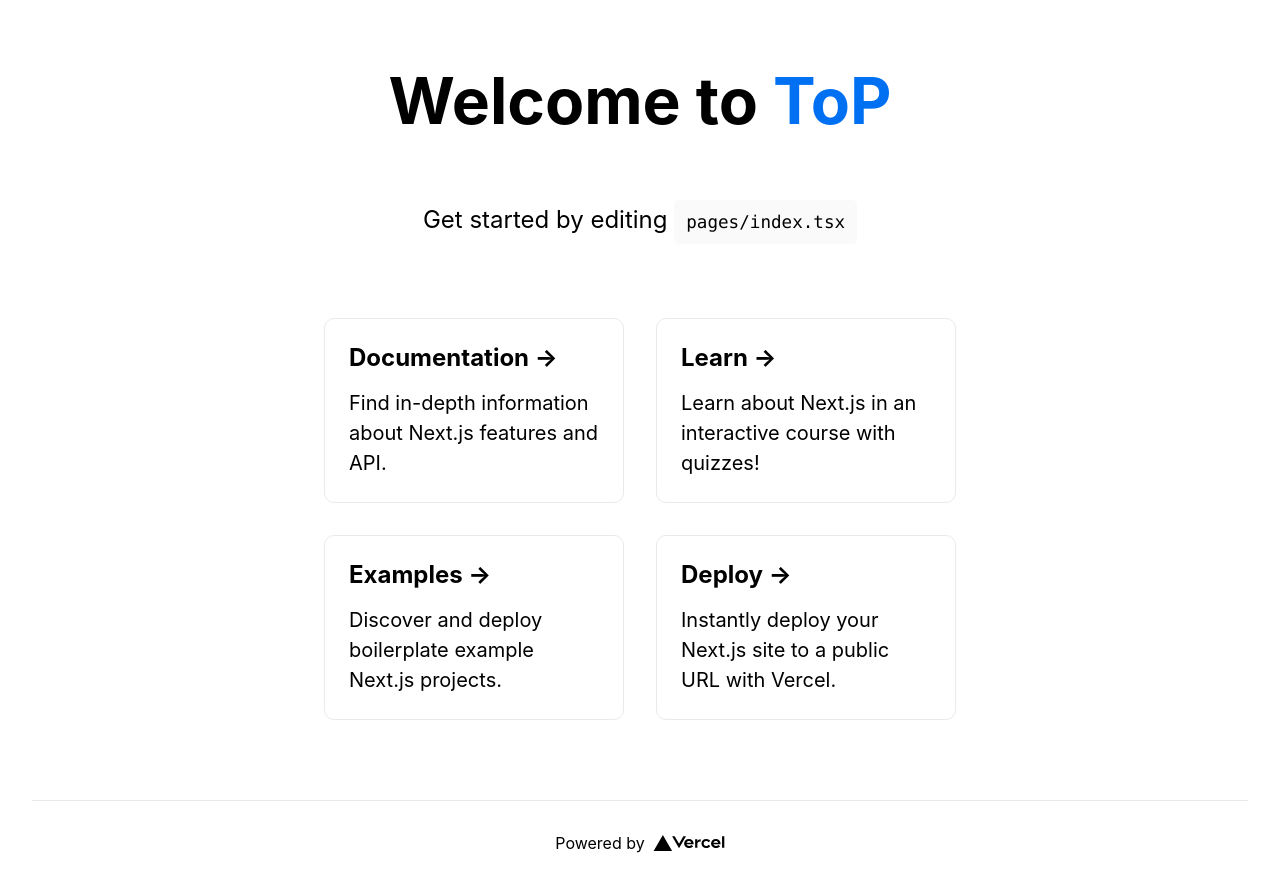
Repository: duncanidaho14/next-first-app
Page: /
The author's editor kept a copy of each file at every save. The page is drawn from the files as they stood at one save, then again after the next save.
The browser window is 1280 px wide. The pictures show the whole page.
The project was rebuilt for these pictures with package versions that can differ from the ones it lists, and the page was loaded fresh each time. The framework's server and built-in components were replaced by stand-ins that run in the browser. Also part of the build but not shown: next.config.js.

Above is the page before, as saved 2022-03-06 11:14:21.

### pages/index.tsx
import type { NextPage } from 'next'
import Head from 'next/head'
import Image from 'next/image'
import styles from '../styles/Home.module.css'

const Home: NextPage = () => {
  return (
    <div className={styles.container}>
      <Head>
        <title>Les meilleurs joueurs de foot</title>
        <meta name="description" content="Les meilleurs joueurs de foot de la planète à travers l'histoire..." />
        <link rel="icon" href="/favicon.ico" />
      </Head>

      <main className={styles.main}>
        <h1 className={styles.title}>
          Welcome to <a href="https://nextjs.org">ToP</a>
        </h1>

        <p className={styles.description}>
          Get started by editing{' '}
          <code className={styles.code}>pages/index.tsx</code>
        </p>

        <div className={styles.grid}>
          <a href="https://nextjs.org/docs" className={styles.card}>
            <h2>Documentation &rarr;</h2>
            <p>Find in-depth information about Next.js features and API.</p>
          </a>

          <a href="https://nextjs.org/learn" className={styles.card}>
            <h2>Learn &rarr;</h2>
            <p>Learn about Next.js in an interactive course with quizzes!</p>
          </a>

          <a
            href="https://github.com/vercel/next.js/tree/canary/examples"
            className={styles.card}
          >
            <h2>Examples &rarr;</h2>
            <p>Discover and deploy boilerplate example Next.js projects.</p>
          </a>

          <a
            href="https://vercel.com/new?utm_source=create-next-app&utm_medium=default-template&utm_campaign=create-next-app"
            className={styles.card}
          >
            <h2>Deploy &rarr;</h2>
            <p>
              Instantly deploy your Next.js site to a public URL with Vercel.
            </p>
          </a>
        </div>
      </main>

      <footer className={styles.footer}>
        <a
          href="https://vercel.com?utm_source=create-next-app&utm_medium=default-template&utm_campaign=create-next-app"
          target="_blank"
          rel="noopener noreferrer"
        >
          Powered by{' '}
          <span className={styles.logo}>
            <Image src="/vercel.svg" alt="Vercel Logo" width={72} height={16} />
          </span>
        </a>
      </footer>
    </div>
  )
}

export default Home

Loaded but not shown: pages/_app.tsx (common file); styles/globals.css (common file); styles/Home.module.css (common file)

After the next save:
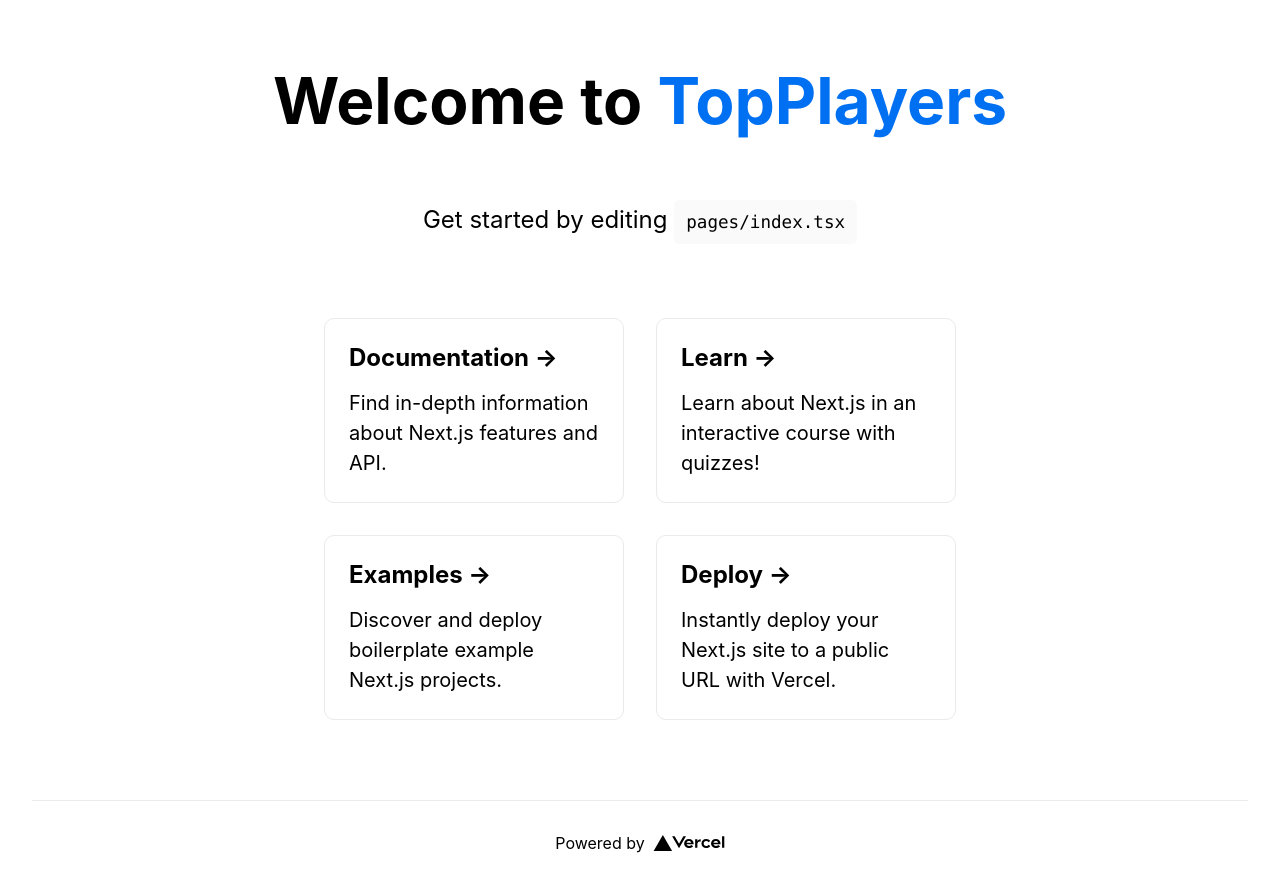
Saved 4 s later.
--- a/pages/index.tsx
+++ b/pages/index.tsx
@@ -14,7 +14,7 @@
 
       <main className={styles.main}>
         <h1 className={styles.title}>
-          Welcome to <a href="https://nextjs.org">ToP</a>
+          Welcome to <a href="https://nextjs.org">TopPlayers</a>
         </h1>
 
         <p className={styles.description}>
